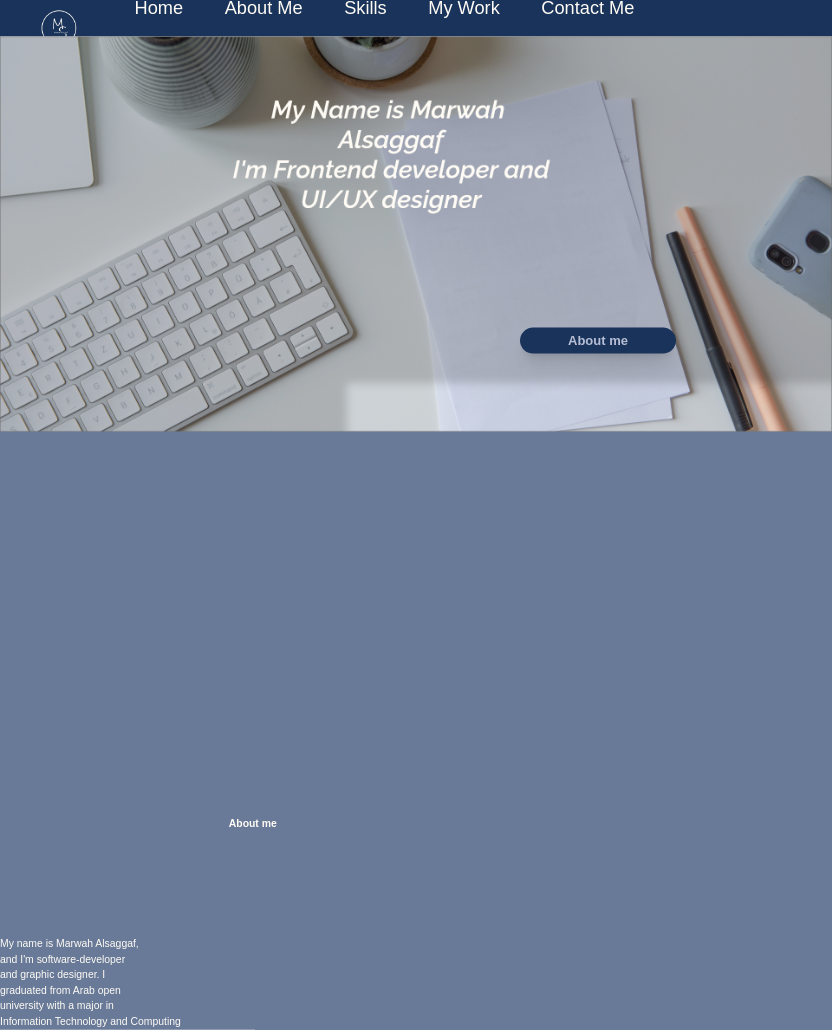
Repository: MEROO1010/my_portfolio
Page: /
An editor plug-in stored every save of this project. The page is shown before and after a run of saves, followed by the edit.
The browser window is 1280 px wide. The pictures show the whole page, at 65% of full size.
The project was rebuilt for these pictures with package versions that can differ from the ones it lists, and the page was loaded fresh each time. The framework's server and built-in components were replaced by stand-ins that run in the browser. Also part of the build but not shown: next.config.js.

Above is the page before, as saved 2023-03-10 02:24:33.

After the next 2 saves:
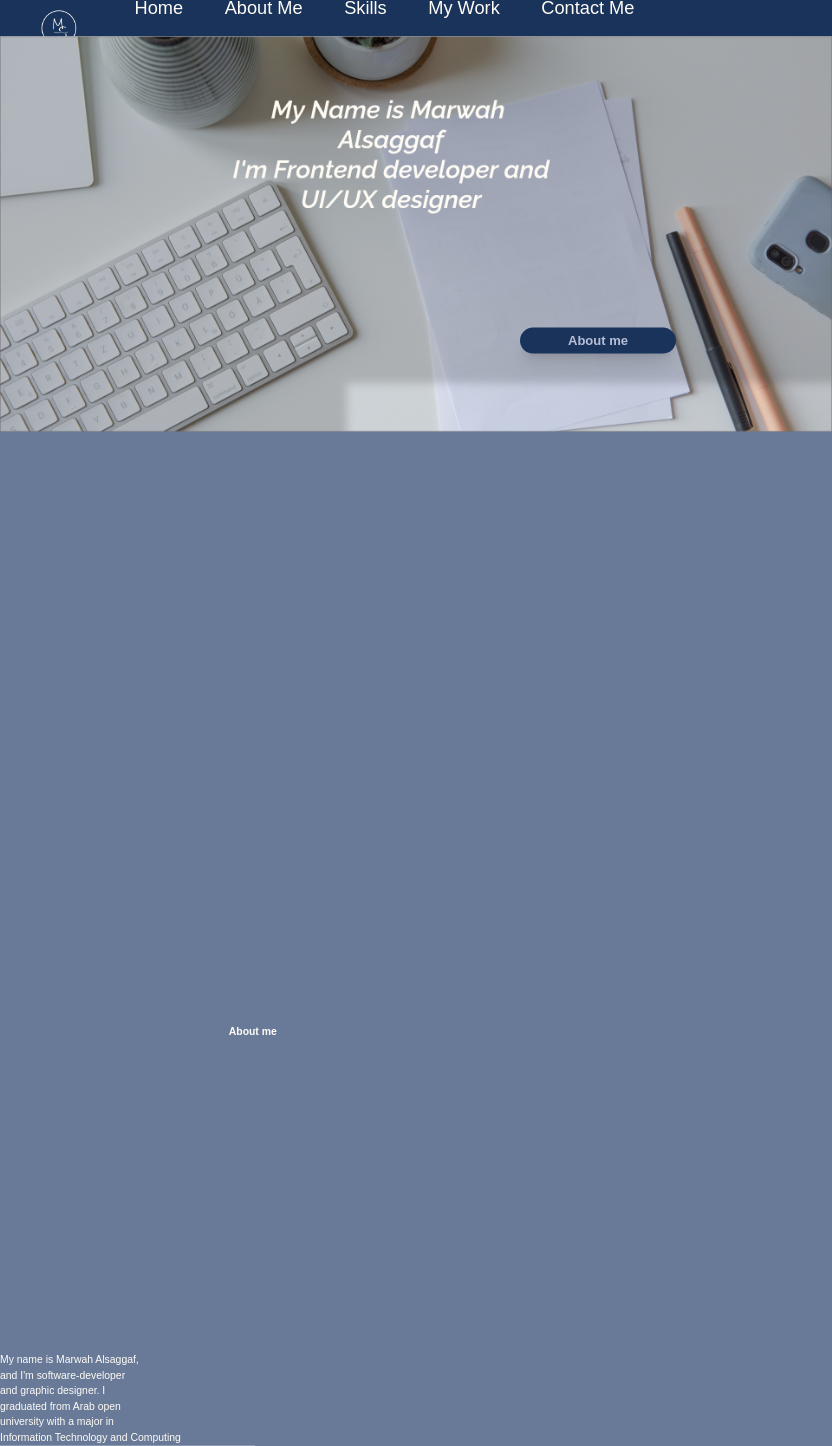
The 2 saves are shown as one change because they came seconds apart.
The last was saved 8 s later.
--- a/pages/components/AboutMe.tsx
+++ b/pages/components/AboutMe.tsx
@@ -12,7 +12,7 @@
 
 
         <div className="text-[#FFFCF6] ">
-            <h1 className=" relative py-18 my-14  px-40 mx-60 bottom-20 right-12 font-raleway font-bold ">About me</h1>
+            <h1 className=" relative py-80 my-14  px-40 mx-60 bottom-20 right-12 font-raleway font-bold ">About me</h1>
             <br/>
             <p className='font-raleway font-italic'>
             My name is Marwah Alsaggaf,<br/> and I'm software-developer <br/>

After the save that followed:
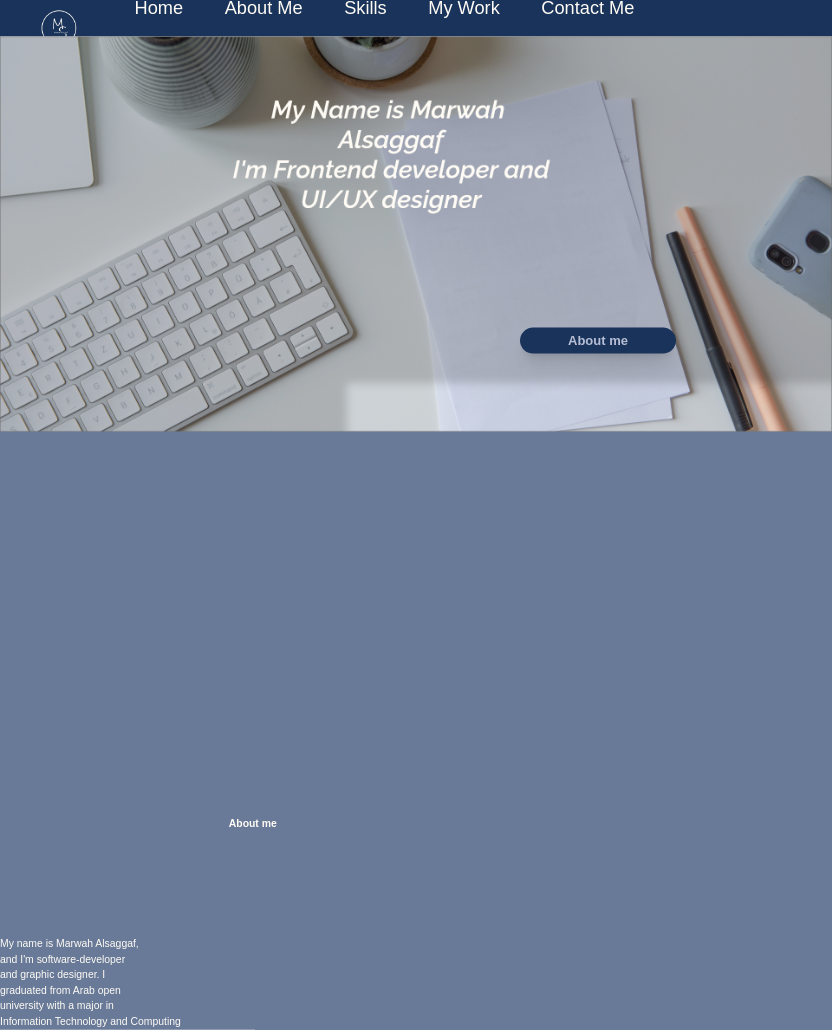
Saved 11 s later.
--- a/pages/components/AboutMe.tsx
+++ b/pages/components/AboutMe.tsx
@@ -12,7 +12,7 @@
 
 
         <div className="text-[#FFFCF6] ">
-            <h1 className=" relative py-80 my-14  px-40 mx-60 bottom-20 right-12 font-raleway font-bold ">About me</h1>
+            <h1 className=" relative py-18 my-14  px-40 mx-60 bottom-20 right-12 font-raleway font-bold ">About me</h1>
             <br/>
             <p className='font-raleway font-italic'>
             My name is Marwah Alsaggaf,<br/> and I'm software-developer <br/>
